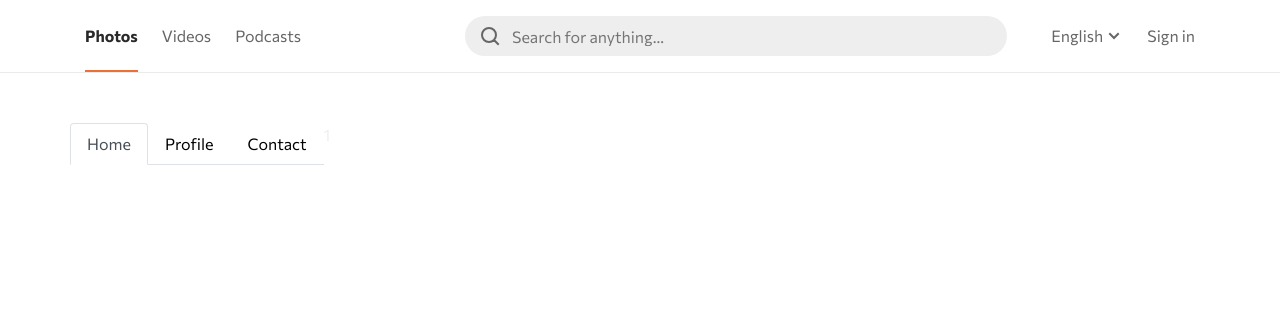
Repository: densavi/djinni
Page: index.html
The author's editor kept a copy of each file at every save. The page is drawn from the files as they stood at one save, then again after the next save.
The browser window is 1280 px wide. The pictures show the whole page.
The style sheet was rebuilt from its Sass, Less or Tailwind sources for each picture, by a compiler version that may differ from the author's.

Above is the page before, as saved 2023-04-10 23:17:40.

### index.html
<!DOCTYPE html>
<html lang="en">
<head>
  <meta charset="UTF-8">
  <meta http-equiv="X-UA-Compatible" content="IE=edge">
  <meta name="viewport" content="width=device-width, initial-scale=1.0">
  <title>Photos</title>
  <link rel="stylesheet" href="https://cdn.jsdelivr.net/npm/bootstrap@4.6.2/dist/css/bootstrap.min.css" integrity="sha384-xOolHFLEh07PJGoPkLv1IbcEPTNtaed2xpHsD9ESMhqIYd0nLMwNLD69Npy4HI+N" crossorigin="anonymous">
  <link rel="stylesheet" href="css/style.css">
</head>
<body>

  <header class="header">
    <div class="container">
      <div class="row d-flex justify-content-between align-items-center">
        <div class="col-3">
          <button class="open-menu"><span></span></button>
          <nav class="header__nav">
            <ul class="nav">
              <li class="nav-item">
                <a class="nav-link active" aria-current="page" href="#">Photos</a>
              </li>
              <li class="nav-item">
                <a class="nav-link" href="#">Videos</a>
              </li>
              <li class="nav-item">
                <a class="nav-link" href="#">Podcasts</a>
              </li>
            </ul>
          </nav>
        </div>
        <div class="col-8 d-flex align-items-center justify-content-end">
          <label for="search" class="header__search">
            <img src="img/search.svg" alt="Search">
            <input type="search" placeholder="Search for anything...">
          </label>
          <div class="dropdown show">
            <a class="header__lang-link" href="#" role="button" id="dropdownMenuLink" data-toggle="dropdown" aria-haspopup="true" aria-expanded="false">
              English
              <svg width="12" height="8" viewBox="0 0 12 8" fill="none" xmlns="http://www.w3.org/2000/svg">
                <path d="M2 2L6 6L10 2" stroke="#666666" stroke-width="2" stroke-linecap="square"/>
              </svg>
            </a>

            <div class="dropdown-menu" aria-labelledby="dropdownMenuLink">
              <a class="dropdown-item" href="#">Ukraine</a>
              <a class="dropdown-item" href="#">Polish</a>
            </div>
          </div>
          <a href="#" class="header__sign-in">Sign in</a>
        </div>
      </div>
    </div>
  </header>


  <div class="wrapper">
    <div class="container">
      <div class="row">
        <nav>
          <div class="nav nav-tabs" id="nav-tab" role="tablist">
            <button class="nav-link active" id="nav-home-tab" data-bs-toggle="tab" data-bs-target="#nav-home" type="button" role="tab" aria-controls="nav-home" aria-selected="true">Home</button>
            <button class="nav-link" id="nav-profile-tab" data-bs-toggle="tab" data-bs-target="#nav-profile" type="button" role="tab" aria-controls="nav-profile" aria-selected="false">Profile</button>
            <button class="nav-link" id="nav-contact-tab" data-bs-toggle="tab" data-bs-target="#nav-contact" type="button" role="tab" aria-controls="nav-contact" aria-selected="false">Contact</button>
          </div>
        </nav>
        <div class="tab-content" id="nav-tabContent">
          <div class="tab-pane fade show active" id="nav-home" role="tabpanel" aria-labelledby="nav-home-tab">1</div>
          <div class="tab-pane fade" id="nav-profile" role="tabpanel" aria-labelledby="nav-profile-tab">2</div>
          <div class="tab-pane fade" id="nav-contact" role="tabpanel" aria-labelledby="nav-contact-tab">3</div>
        </div>
      </div>
    </div>
  </div>

  <script src="https://code.jquery.com/jquery-3.6.4.min.js" integrity="sha256-oP6HI9z1XaZNBrJURtCoUT5SUnxFr8s3BzRl+cbzUq8=" crossorigin="anonymous"></script>
  <script src="https://cdn.jsdelivr.net/npm/bootstrap@4.6.2/dist/js/bootstrap.bundle.min.js" integrity="sha384-Fy6S3B9q64WdZWQUiU+q4/2Lc9npb8tCaSX9FK7E8HnRr0Jz8D6OP9dO5Vg3Q9ct" crossorigin="anonymous"></script>
  <script src="js/main.js"></script>
</body>
</html>

### css/style.scss
@import url('https://fonts.googleapis.com/css2?family=Commissioner:wght@400;700&display=swap');

@import 'vars';
@import 'typo';

@import 'components/header';
@import 'components/mobile-menu';

### css/_vars.scss
$darkBlack: #292929;
$grey: #666666;
$lightGrey: #EEEEEE;

$orange: #ED7135;

$mainFont: 'Commissioner', sans-serif;

$tablet: 992px;
$mobile: 768px;

### css/_typo.scss
body {
  font: 16px/24px $mainFont;
  color: $lightGrey;
}

a {
  color: $mainFont;
  text-decoration: underline;
  &:hover {
    text-decoration: none;
  }
}


.wrapper {
  padding-top: 50px;
}

### css/components/_header.scss
.header {
  border-bottom: 1px solid #EBEBEB;
  padding: 16px 0;
  &__search {
    background: $lightGrey;
    padding: 0 0 0 16px;
    display: flex;
    align-items: center;
    border-radius: 100px;
    margin: 0;
    width: 546px;
    flex: 1;
    @media (max-width: $mobile) {
      display: none;
    }
    img {
      display: flex;
    }
    input[type="search"] {
      height: 40px;
      border: 0;
      background: transparent;
      outline: none;
      width: 100%;
      padding: 0 12px;
    }
  }
  &__sign-in {
    text-decoration: none;
    color: $grey;
    transition: color .3s ease;
    margin-left: 27px;
    @media (max-width: $tablet) {
      margin-left: 15px;
    }
    &:hover {
      color: $orange;
    }
  }
  &__lang-link {
    color: $grey;
    text-decoration: none;
    transition: color .3s ease;
    svg {
      margin-left: 2px;
      transform: translateY(-2px);
      path {
        transition: transform .3s ease;
      }
    }
    &:hover {
      color: $orange;
      svg {
        path {
          stroke: $orange;
        }
      }
    }
  }
  .dropdown-item {
    text-decoration: none;
  }
  .dropdown {
    margin-left: 44px;
    @media (max-width: $tablet) {
      margin-left: 20px;
    }
    @media (max-width: $mobile) {
      display: none;
    }
  }
  &__nav {
    @media (max-width: $mobile) {
      display: none;
    }
    .nav-item {
      &:not(:last-child) {
        margin-right: 24px;
        @media (max-width: $tablet) {
          margin-right: 13px;
        }
      }
    }
    .nav-link {
      padding: 0;
      text-decoration: none;
      color: $grey;
      position: relative;
      &:before {
        content: '';
        position: absolute;
        bottom: -24px;
        width: 0;
        height: 2px;
        background: $orange;
        left: 0;
        transition: all .3s ease;
      }
      &.active {
        font-weight: 700;
        color: $darkBlack;
      }
      &:hover,
      &.active {
        &:before {
          width: 100%;
        }
      }
    }
  }
}

### css/components/_mobile-menu.scss
.open-menu {
  width: 30px;
  height: 20px;
  border: 0;
  position: relative;
  background: transparent;
  display: none;
  cursor: pointer;
  @media (max-width: $mobile) {
    display: block;
  }
  span,
  &:before,
  &:after {
    content: '';
    position: absolute;
    left: 0;
    height: 4px;
    background: $grey;
    width: 100%;
    top: 50%;
    margin-top: -2px;
    transition: all .5s ease;
    border-radius: 4px;
  }
  &:before {
    top: 0;
    margin: 0;
  }
  &:after {
    top: auto;
    margin: 0;
    bottom: 0;
  }
  &.active {
    span {
      opacity: 0;
    }
    &:before {
      transform: rotate(50deg);
      top: 50%;
    }
    &:after {
      transform: rotate(-50deg);
      top: 50%;
    }
  }
}

Loaded but not shown: js/main.js (no stored copy; drawn as an empty file)

After the next save:
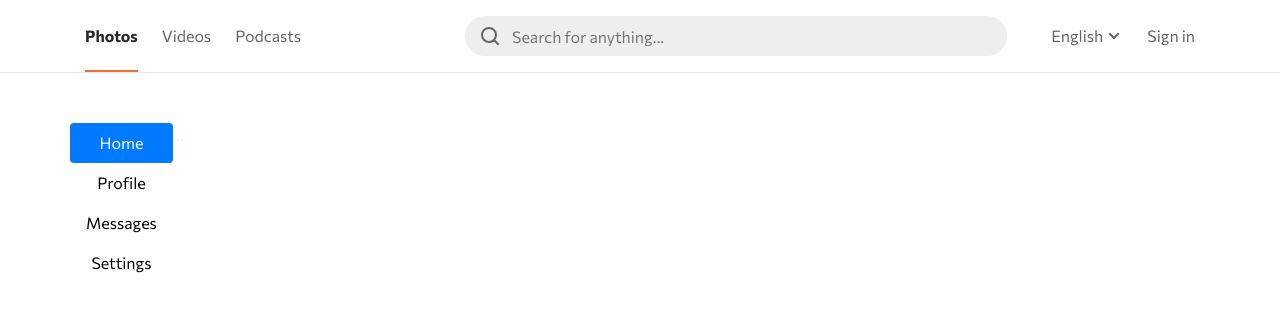
Saved 76 s later.
--- a/index.html
+++ b/index.html
@@ -57,17 +57,19 @@
   <div class="wrapper">
     <div class="container">
       <div class="row">
-        <nav>
-          <div class="nav nav-tabs" id="nav-tab" role="tablist">
-            <button class="nav-link active" id="nav-home-tab" data-bs-toggle="tab" data-bs-target="#nav-home" type="button" role="tab" aria-controls="nav-home" aria-selected="true">Home</button>
-            <button class="nav-link" id="nav-profile-tab" data-bs-toggle="tab" data-bs-target="#nav-profile" type="button" role="tab" aria-controls="nav-profile" aria-selected="false">Profile</button>
-            <button class="nav-link" id="nav-contact-tab" data-bs-toggle="tab" data-bs-target="#nav-contact" type="button" role="tab" aria-controls="nav-contact" aria-selected="false">Contact</button>
+        <div class="d-flex align-items-start">
+          <div class="nav flex-column nav-pills me-3" id="v-pills-tab" role="tablist" aria-orientation="vertical">
+            <button class="nav-link active" id="v-pills-home-tab" data-bs-toggle="pill" data-bs-target="#v-pills-home" type="button" role="tab" aria-controls="v-pills-home" aria-selected="true">Home</button>
+            <button class="nav-link" id="v-pills-profile-tab" data-bs-toggle="pill" data-bs-target="#v-pills-profile" type="button" role="tab" aria-controls="v-pills-profile" aria-selected="false">Profile</button>
+            <button class="nav-link" id="v-pills-messages-tab" data-bs-toggle="pill" data-bs-target="#v-pills-messages" type="button" role="tab" aria-controls="v-pills-messages" aria-selected="false">Messages</button>
+            <button class="nav-link" id="v-pills-settings-tab" data-bs-toggle="pill" data-bs-target="#v-pills-settings" type="button" role="tab" aria-controls="v-pills-settings" aria-selected="false">Settings</button>
           </div>
-        </nav>
-        <div class="tab-content" id="nav-tabContent">
-          <div class="tab-pane fade show active" id="nav-home" role="tabpanel" aria-labelledby="nav-home-tab">1</div>
-          <div class="tab-pane fade" id="nav-profile" role="tabpanel" aria-labelledby="nav-profile-tab">2</div>
-          <div class="tab-pane fade" id="nav-contact" role="tabpanel" aria-labelledby="nav-contact-tab">3</div>
+          <div class="tab-content" id="v-pills-tabContent">
+            <div class="tab-pane fade show active" id="v-pills-home" role="tabpanel" aria-labelledby="v-pills-home-tab">...</div>
+            <div class="tab-pane fade" id="v-pills-profile" role="tabpanel" aria-labelledby="v-pills-profile-tab">...</div>
+            <div class="tab-pane fade" id="v-pills-messages" role="tabpanel" aria-labelledby="v-pills-messages-tab">...</div>
+            <div class="tab-pane fade" id="v-pills-settings" role="tabpanel" aria-labelledby="v-pills-settings-tab">...</div>
+          </div>
         </div>
       </div>
     </div>
